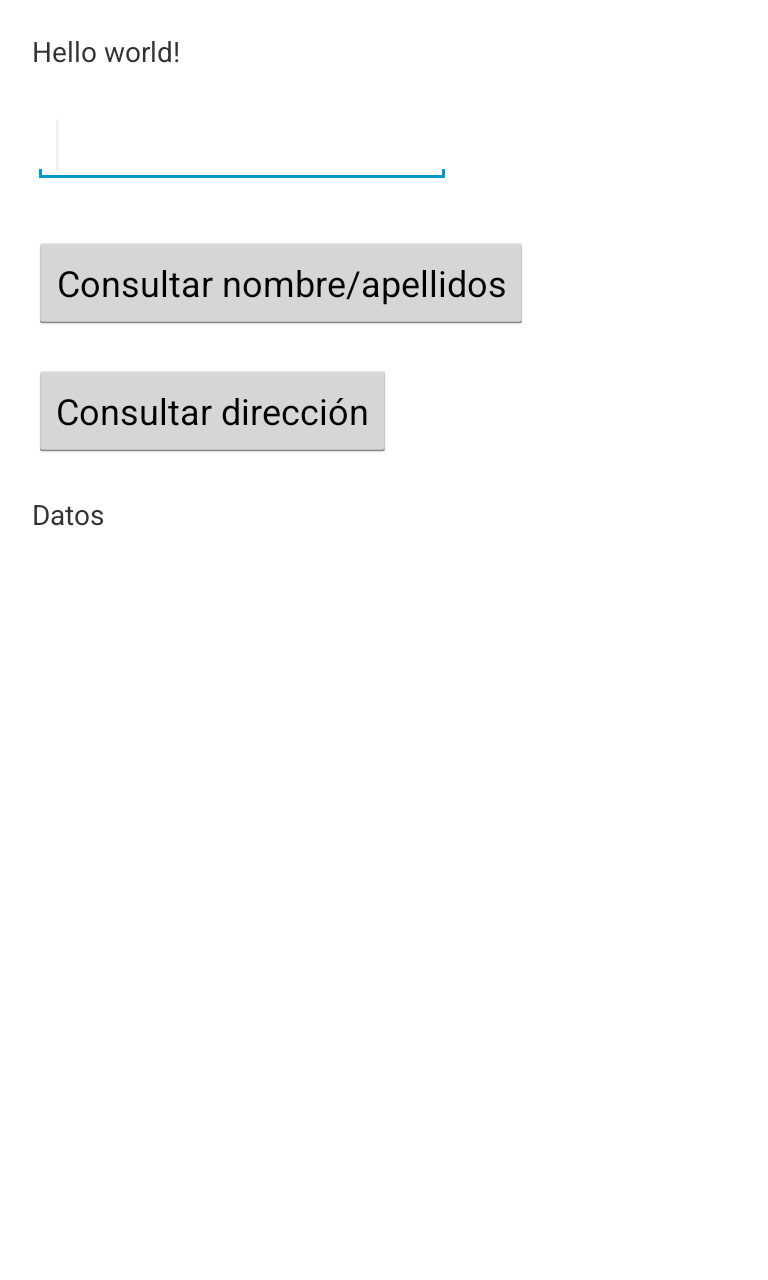
Repository: paullfull21/pmdm
Layout: ConsultaAlumno/res/layout/activity_main.xml
An editor plug-in stored every save of this project. The layout is shown before and after the next save, followed by the edit.
It is drawn on a 768 x 1280 px phone screen (xhdpi) without system bars, with theme AppTheme; the app's code is not run.

Above is the layout before, as saved 2013-10-16 12:45:12.

After the next save:
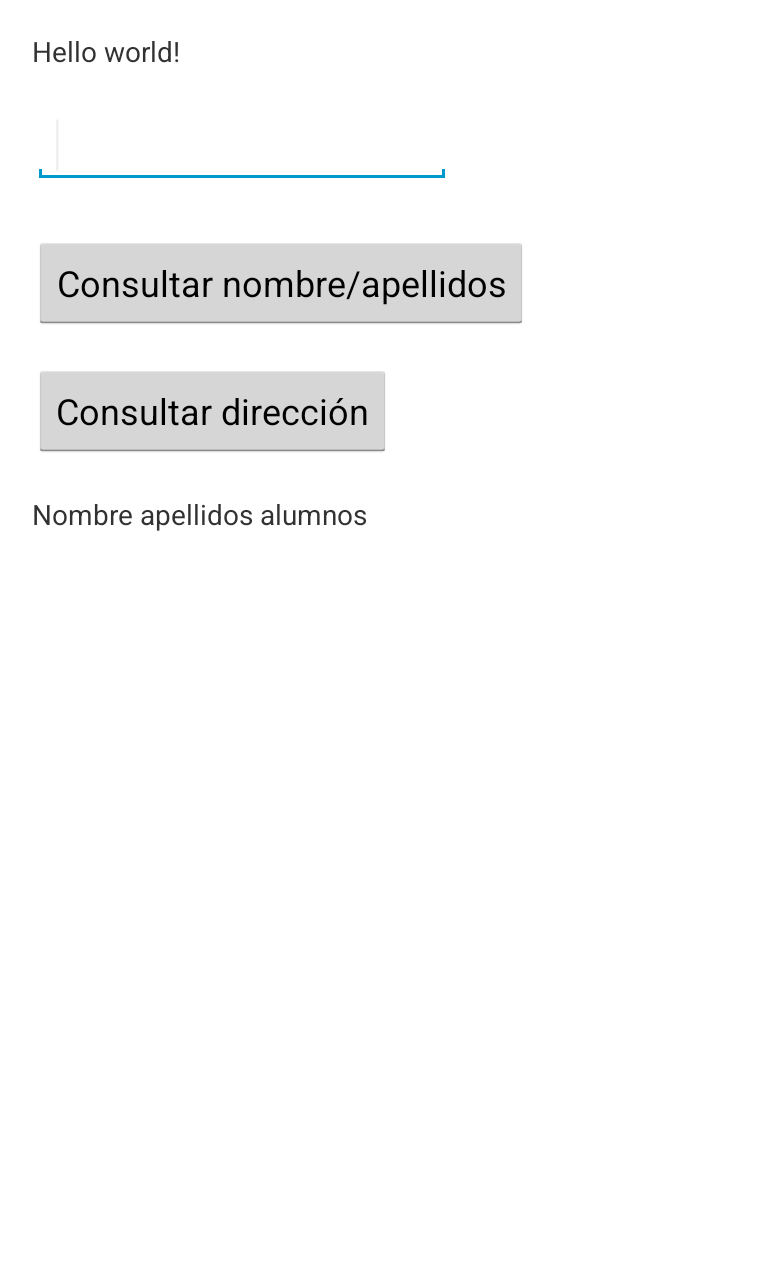
Saved 40 s later.
--- a/ConsultaAlumno/res/layout/activity_main.xml
+++ b/ConsultaAlumno/res/layout/activity_main.xml
@@ -52,6 +52,6 @@
         android:layout_alignLeft="@+id/buttonConsultarDir"
         android:layout_below="@+id/buttonConsultarDir"
         android:layout_marginTop="18dp"
-        android:text="Datos" />
+        android:text="Nombre apellidos alumnos" />
 
 </RelativeLayout>
